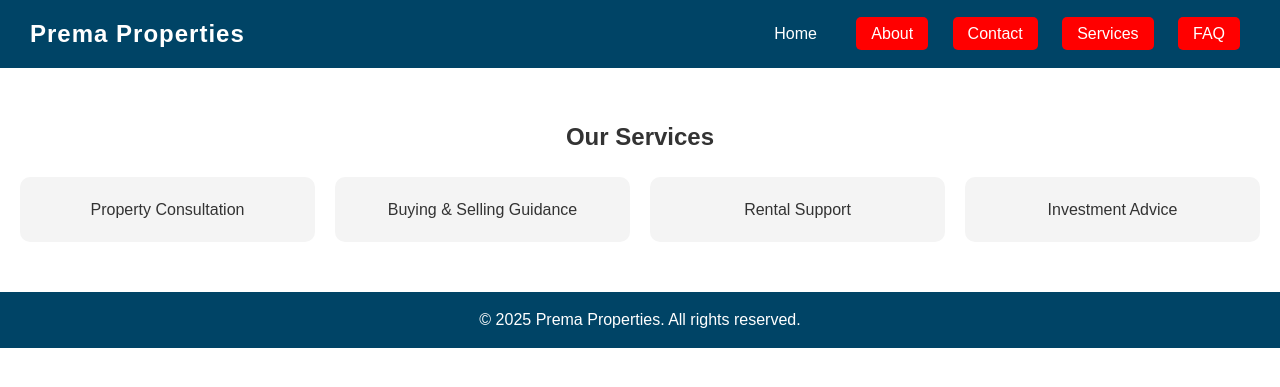
Repository: mnqobiMenzi/Prema-Properties
Page: services.html
The author's editor kept a copy of each file at every save. The page is drawn from the files as they stood at one save, then again after a run of saves.
The browser window is 1280 px wide. The pictures show the whole page.

Above is the page before, as saved 2025-10-04 08:52:36.

### services.html
<!DOCTYPE html>
<html lang="en">
<head>
  <meta charset="UTF-8">
  <meta name="viewport" content="width=device-width, initial-scale=1.0">
  <title>Prema Properties</title>
  <link rel="stylesheet" href="CSS/style.css">
</head>
<body>

  <!-- Header / Navigation -->
  <header>
    <div class="logo">Prema Properties</div>
    <nav>
      <a href="index.html">Home</a>
      <a href="about-us.html" class="active">About</a>
      <a href="contact-us.html" class="active">Contact</a>
      <a href="#services" class="active">Services</a>
      <a href="FAQ.html" class="active">FAQ</a>
    </nav>
  </header>
  <!-- Services Section -->
  <section id="services" class="services">
    <h2>Our Services</h2>
    <div class="service-list">
      <div class="service">Property Consultation</div>
      <div class="service">Buying & Selling Guidance</div>
      <div class="service">Rental Support</div>
      <div class="service">Investment Advice</div>
    </div>
  </section>

  <!-- Footer -->
  <footer>
    <p>© 2025 Prema Properties. All rights reserved.</p>
  </footer>

</body>
</html>

### CSS/style.css
* {
  margin: 0;
  padding: 0;
  box-sizing: border-box;
  font-family: Arial, sans-serif;
}

body {
  line-height: 1.6;
  color: #333;
}

/* Header */
header {
  position: sticky;
  top: 0;
  display: flex;
  justify-content: space-between;
  align-items: center;
  padding: 15px 30px;
  background: #004466;
  color: #fff;
  z-index: 1000;
}
header .logo {
  font-size: 1.5em;
  font-weight: 700;
  font-family: 'Poppins', sans-serif;
  color: #fff;
  letter-spacing: 1px;
  display: flex;
  align-items: center;
}
header nav a {
  margin: 0 10px;
  color: #fff;
  padding: 8px 15px;
  border-radius: 5px;
  text-decoration: none;
  font-weight: 500;
  font-family: 'Poppins', sans-serif;
  transition: color 0.3s ease, border-bottom 0.3s ease;
}

header nav a:hover {
  color: #fff;
  background: rgba(128, 128, 128, 0.3);
  /* border-bottom: 2px solid #ffcc00; */
  padding-bottom: 3px;
}
/* Active link */
header nav a.active {
  /* background: #ffcc00;
  font-weight: bold;
  border-bottom: 2px solid #004466; */
  background: red;
}
/* Hero */
.hero {
  background: url('https://source.unsplash.com/1600x600/?house,property') no-repeat center center/cover;
  color: white;
  text-align: center;
  padding: 100px 20px;
}
.hero h1 {
  font-size: 2.5em;
}
.hero .btn {
  display: inline-block;
  margin-top: 20px;
  padding: 10px 20px;
  background: #ff6600;
  color: white;
  border-radius: 5px;
  text-decoration: none;
}
.hero .btn:hover {
  background: #cc5200;
}

/* Sections */
section {
  padding: 50px 20px;
  text-align: center;
}
.services .service-list {
  display: grid;
  grid-template-columns: repeat(auto-fit, minmax(200px, 1fr));
  gap: 20px;
  margin-top: 20px;
}
.service {
  background: #f4f4f4;
  padding: 20px;
  border-radius: 10px;
}

/* Contact */
.contact form {
  display: flex;
  flex-direction: column;
  max-width: 400px;
  margin: auto;
}
.contact input, .contact textarea {
  margin-bottom: 15px;
  padding: 10px;
  border: 1px solid #ddd;
  border-radius: 5px;
}
.contact button {
  padding: 10px;
  border: none;
  background: #004466;
  color: white;
  cursor: pointer;
  border-radius: 5px;
}
.contact button:hover {
  background: #00334d;
}

/* Footer */
footer {
  background: #004466;
  color: #fff;
  text-align: center;
  padding: 15px;
}

After the next 2 saves:
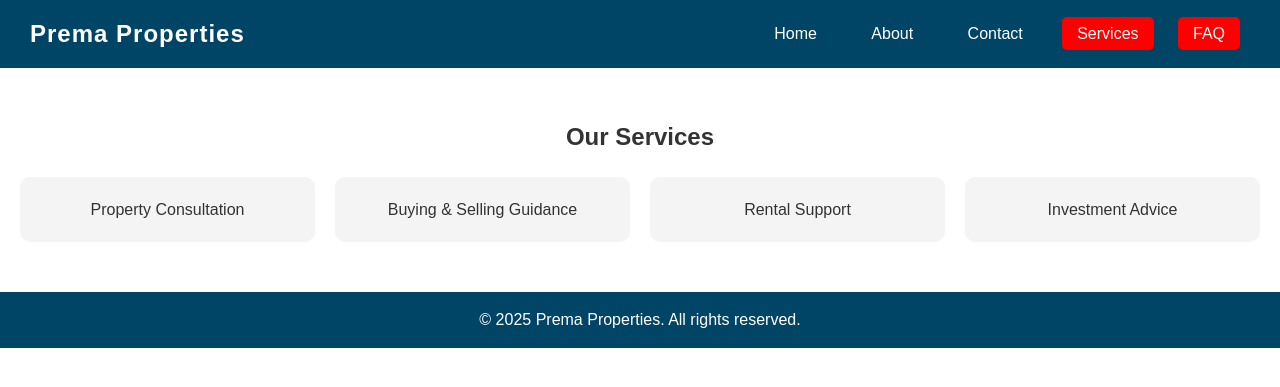
The 2 saves are shown as one change because they came seconds apart.
The last was saved 7 s later.
--- a/services.html
+++ b/services.html
@@ -13,8 +13,8 @@
     <div class="logo">Prema Properties</div>
     <nav>
       <a href="index.html">Home</a>
-      <a href="about-us.html" class="active">About</a>
-      <a href="contact-us.html" class="active">Contact</a>
+      <a href="about-us.html">About</a>
+      <a href="contact-us.html">Contact</a>
       <a href="#services" class="active">Services</a>
       <a href="FAQ.html" class="active">FAQ</a>
     </nav>
